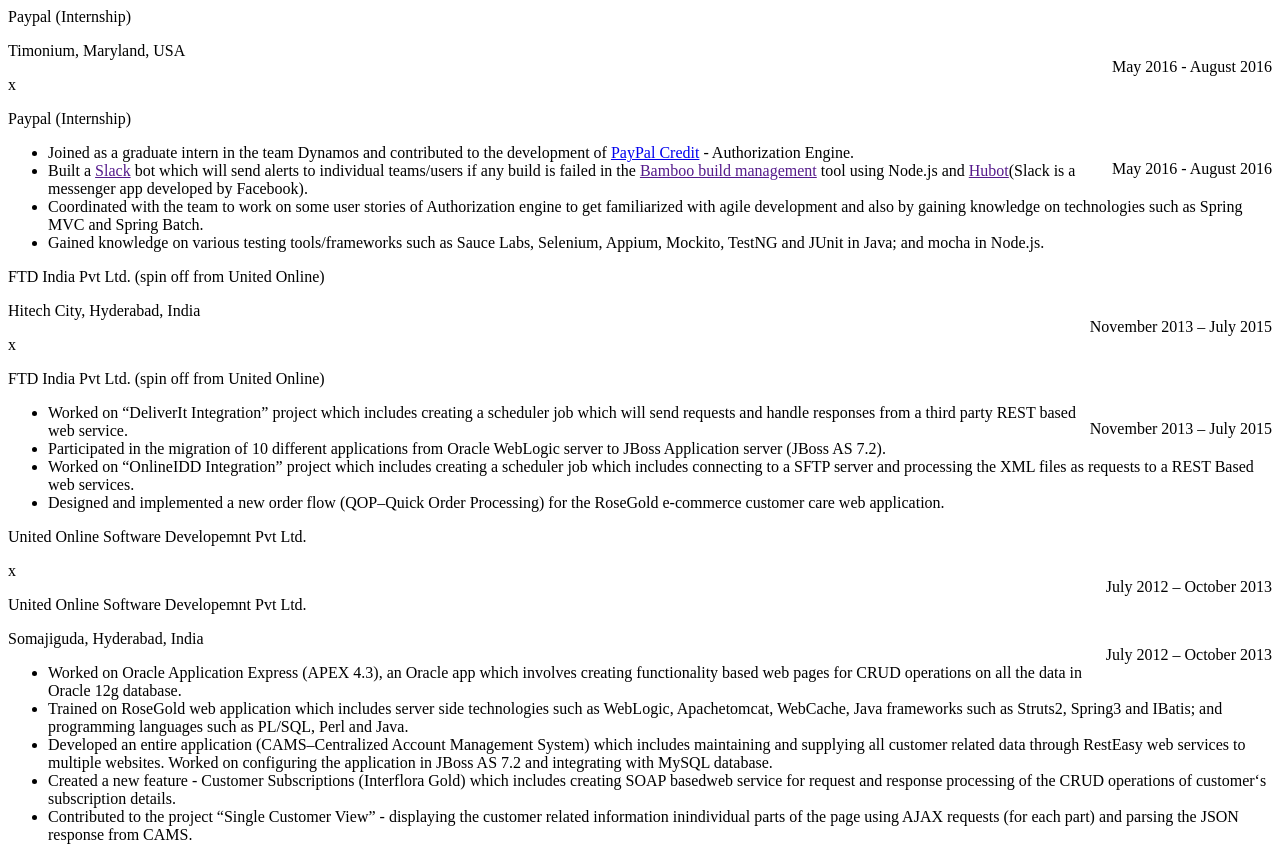
Repository: phanindrakannaji/Resume
Page: http://localhost/application/pages/experience.php
The author's editor kept a copy of each file at every save. The page is drawn from the files as they stood at one save, then again after the next save.
The browser window is 1280 px wide. The pictures show the whole page.
The page is run by PHP 8.4 with error messages shown; the project is at /var/www/html/.

Above is the page before, as saved 2016-09-25 17:04:13.
Console error: ReferenceError: $ is not defined

### Resume/application/pages/experience.php
<script type="text/javascript"
	src="../resources/scripts/refreshScript.js"></script>
<div class="divExperience customfont2">
	<div class="divExperienceHeading">
		<p class="expHeading">Paypal (Internship)</p>
		<p class="expHeadingContent" style="float: right;">May 2016 - August
			2016</p>
		<p class="expHeadingContent divExperiencelocation ">Timonium,
			Maryland, USA</p>
	</div>
	<div class="divExperienceWork modal">
		<div class="modal-content">
			<span class="close">x</span>
			<p class="expHeading">Paypal (Internship)</p>
			<p class="expHeadingContent" style="float: right;">May 2016 - August
				2016</p>
			<ul>
				<li>Joined as a graduate intern in the team Dynamos and contributed
					to the development of <a
					href="https://en.wikipedia.org/wiki/PayPal_Credit" target="blank">PayPal
						Credit</a> - Authorization Engine.
				</li>
				<li>Built a <a href="" target="blank">Slack</a> bot which will send
					alerts to individual teams/users if any build is failed in the <a
					href="" target="blank">Bamboo build management</a> tool using
					Node.js and <a href="" target="blank">Hubot</a>(Slack is a
					messenger app developed by Facebook).
				</li>
				<li>Coordinated with the team to work on some user stories of
					Authorization engine to get familiarized with agile development and
					also by gaining knowledge on technologies such as Spring MVC and
					Spring Batch.</li>
				<li>Gained knowledge on various testing tools/frameworks such as
					Sauce Labs, Selenium, Appium, Mockito, TestNG and JUnit in Java;
					and mocha in Node.js.</li>
			</ul>
		</div>
	</div>
</div>

<div class="divExperience customfont2">
	<div class="divExperienceHeading">
		<p class="expHeading">FTD India Pvt Ltd. (spin off from United Online)</p>
		<p class="expHeadingContent" style="float: right;">November 2013 –
			July 2015</p>
		<p class=" expHeadingContent divExperiencelocation ">Hitech City,
			Hyderabad, India</p>
	</div>
	<div class="divExperienceWork modal">
		<div class="modal-content">
			<span class="close">x</span>
			<p class="expHeading">FTD India Pvt Ltd. (spin off from United
				Online)</p>
			<p class="expHeadingContent" style="float: right;">November 2013 –
				July 2015</p>
			<ul>
				<li>Worked on “DeliverIt Integration” project which includes
					creating a scheduler job which will send requests and handle
					responses from a third party REST based web service.</li>
				<li>Participated in the migration of 10 different applications from
					Oracle WebLogic server to JBoss Application server (JBoss AS 7.2).</li>
				<li>Worked on “OnlineIDD Integration” project which includes
					creating a scheduler job which includes connecting to a SFTP server
					and processing the XML files as requests to a REST Based web
					services.</li>
				<li>Designed and implemented a new order flow (QOP–Quick Order
					Processing) for the RoseGold e-commerce customer care web
					application.</li>
			</ul>
		</div>
	</div>
</div>

<div class="divExperience customfont2">
	<div class="divExperienceHeading">
		<p class="expHeading">United Online Software Developemnt Pvt Ltd.</p>
		<p class="expHeadingContent" style="float: right;">July 2012 – October
			2013</p>
	</div>
	<div class="divExperienceWork modal">
		<div class="modal-content">
			<span class="close">x</span>
			<p class="expHeading">United Online Software Developemnt Pvt Ltd.</p>
			<p class="expHeadingContent" style="float: right;">July 2012 –
				October 2013</p>
			<p class="expHeadingContent divExperiencelocation ">Somajiguda,
				Hyderabad, India</p>
			<ul>
				<li>Worked on Oracle Application Express (APEX 4.3), an Oracle app
					which involves creating functionality based web pages for CRUD
					operations on all the data in Oracle 12g database.</li>
				<li>Trained on RoseGold web application which includes server side
					technologies such as WebLogic, Apachetomcat, WebCache, Java
					frameworks such as Struts2, Spring3 and IBatis; and programming
					languages such as PL/SQL, Perl and Java.</li>
				<li>Developed an entire application (CAMS–Centralized Account
					Management System) which includes maintaining and supplying all
					customer related data through RestEasy web services to multiple
					websites. Worked on configuring the application in JBoss AS 7.2 and
					integrating with MySQL database.</li>
				<li>Created a new feature - Customer Subscriptions (Interflora Gold)
					which includes creating SOAP basedweb service for request and
					response processing of the CRUD operations of customer‘s
					subscription details.</li>
				<li>Contributed to the project “Single Customer View” - displaying
					the customer related information inindividual parts of the page
					using AJAX requests (for each part) and parsing the JSON response
					from CAMS.</li>
			</ul>
		</div>
	</div>
</div>
<script type="text/javascript" src="../resources/scripts/experience.js"></script>

### Resume/resources/scripts/refreshScript.js
$(document).ready(function(){
	$("#commandInput").keypress(function(e){
		keypressInBox(e);
	});
	$("#commandInput").focus();
})

### Resume/resources/scripts/experience.js
$(document).ready(function(){
	$('.divExperienceHeading').click(function(){
		$(this).parent().children().last().css("display", "block");
	});
	var span = $(".close")[0];
	$(".close").click(function() {
	    $(this).parent().parent().css("display", "none");
	});
});

After the next save:
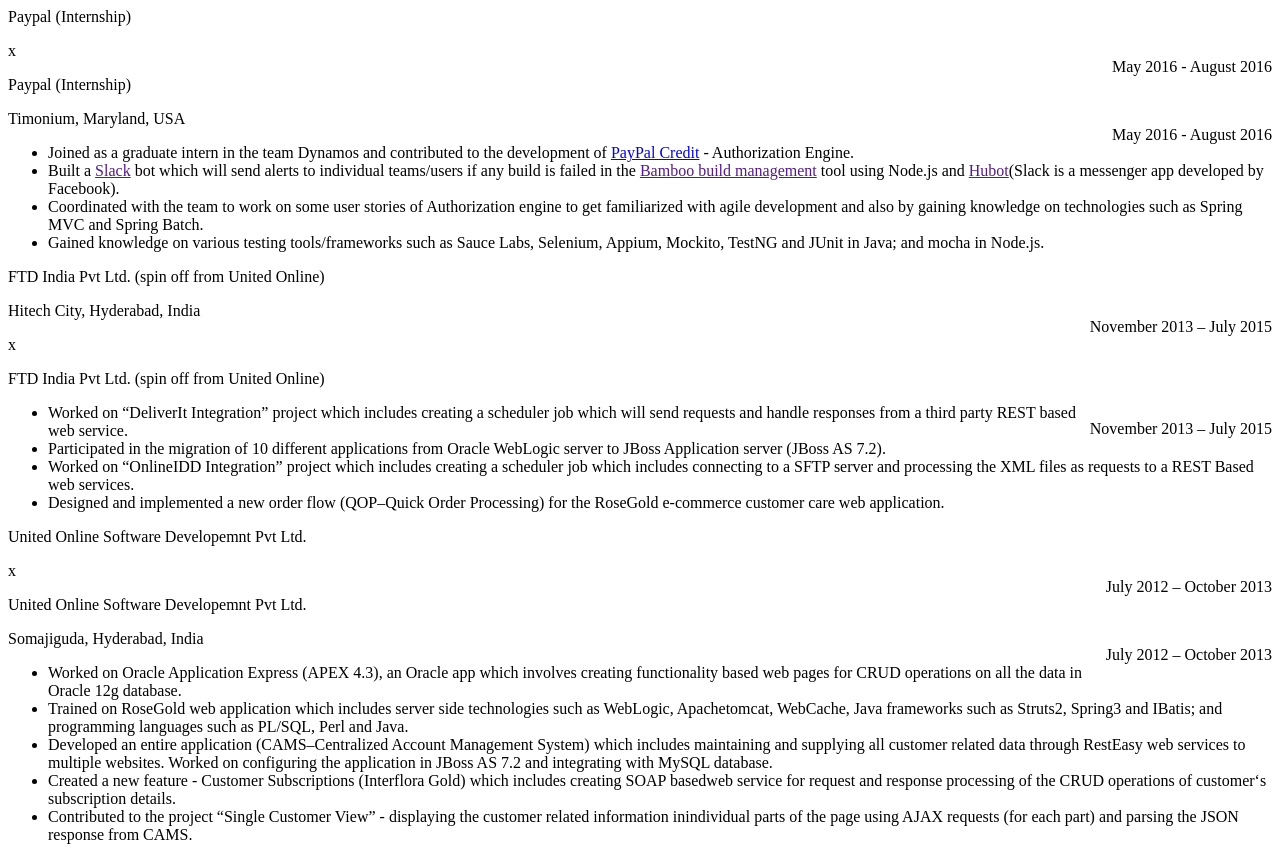
Saved 40 s later.
--- a/Resume/application/pages/experience.php
+++ b/Resume/application/pages/experience.php
@@ -5,8 +5,6 @@
 		<p class="expHeading">Paypal (Internship)</p>
 		<p class="expHeadingContent" style="float: right;">May 2016 - August
 			2016</p>
-		<p class="expHeadingContent divExperiencelocation ">Timonium,
-			Maryland, USA</p>
 	</div>
 	<div class="divExperienceWork modal">
 		<div class="modal-content">
@@ -14,6 +12,8 @@
 			<p class="expHeading">Paypal (Internship)</p>
 			<p class="expHeadingContent" style="float: right;">May 2016 - August
 				2016</p>
+			<p class="expHeadingContent divExperiencelocation ">Timonium,
+				Maryland, USA</p>
 			<ul>
 				<li>Joined as a graduate intern in the team Dynamos and contributed
 					to the development of <a
